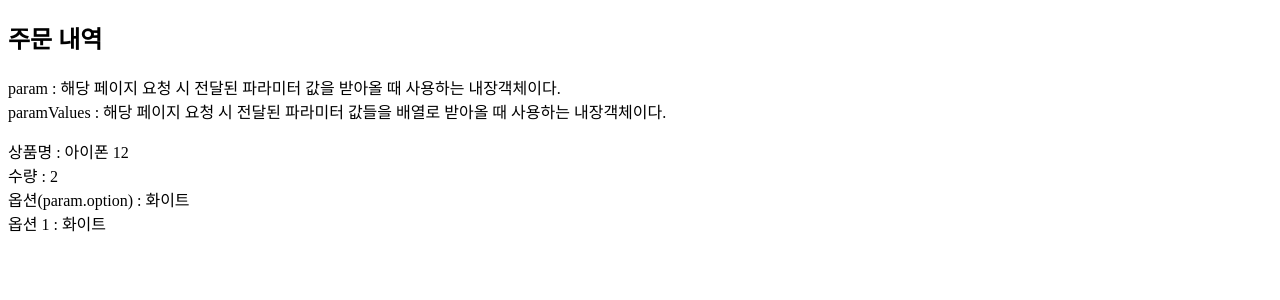
Repository: Parknogyung/Backend
Page: http://localhost/03_EL_JSTL/views/el/elParam.jsp?pName=%EC%95%84%EC%9D%B4%ED%8F%B0+12&pCount=2&option=%ED%99%94%EC%9D%B4%ED%8A%B8&option=64GB
These files come from the project's save history. The page is drawn as it stood at one moment and after the next save; the edit follows.
The browser window is 1280 px wide. The pictures show the whole page.
The page is served by Tomcat 9.

Above is the page before, as saved 2022-07-12 03:14:16.

After the next save:
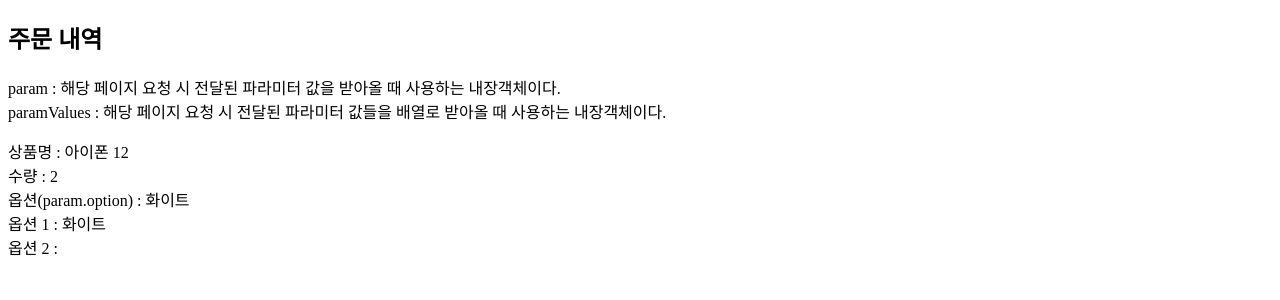
Saved 21 s later.
--- a/03_EL_JSTL/src/main/webapp/views/el/elParam.jsp
+++ b/03_EL_JSTL/src/main/webapp/views/el/elParam.jsp
@@ -22,5 +22,6 @@
 	-->
 	옵션(param.option) : ${param.option } <br>
 	옵션 1 : ${paramValues.option[0] } <br>
+	옵션 2 : ${paramValues.option[2] }
 </body>
 </html>
